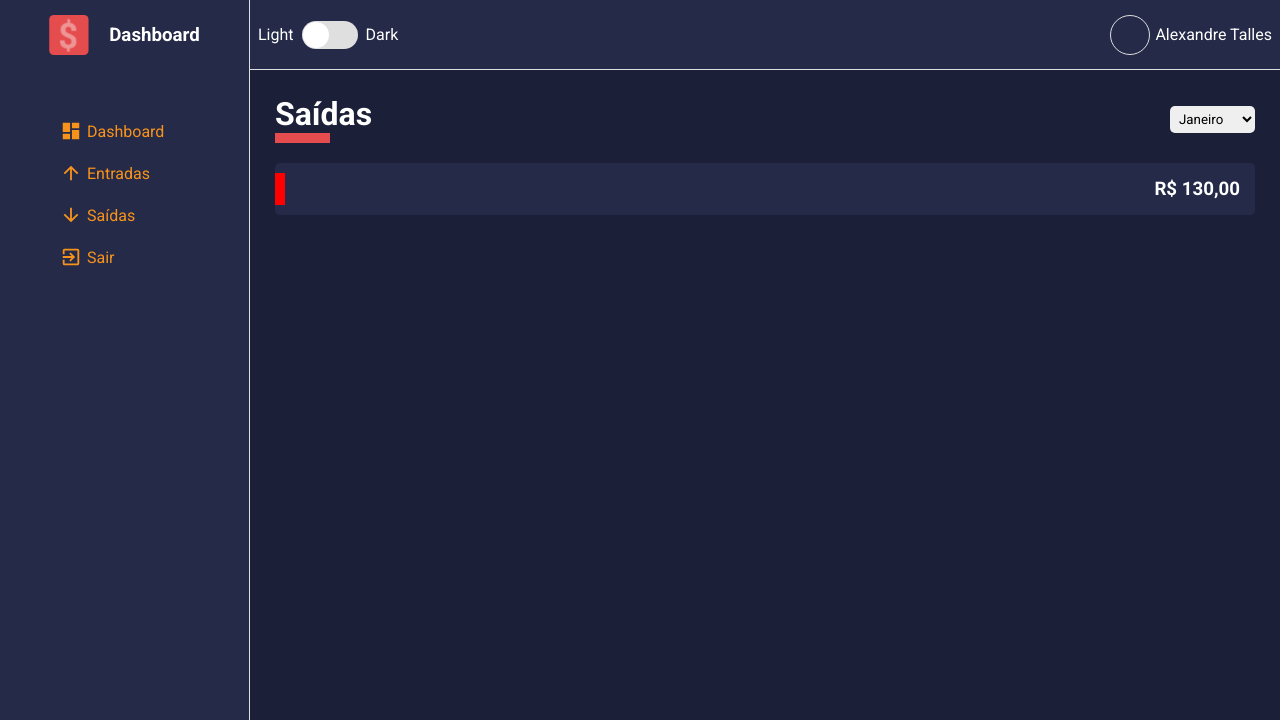
Repository: XFERRER7/dashboard
Page: /
These files come from the project's save history. The page is drawn as it stood at one moment and after the next save; the edit follows.
The browser window is 1280 px wide. The pictures show the whole page.
The project was rebuilt for these pictures with package versions that can differ from the ones it lists, and the page was loaded fresh each time. Also part of the build but not shown: vite.config.ts.

Above is the page before, as saved 2022-07-11 17:01:33.

After the next save:
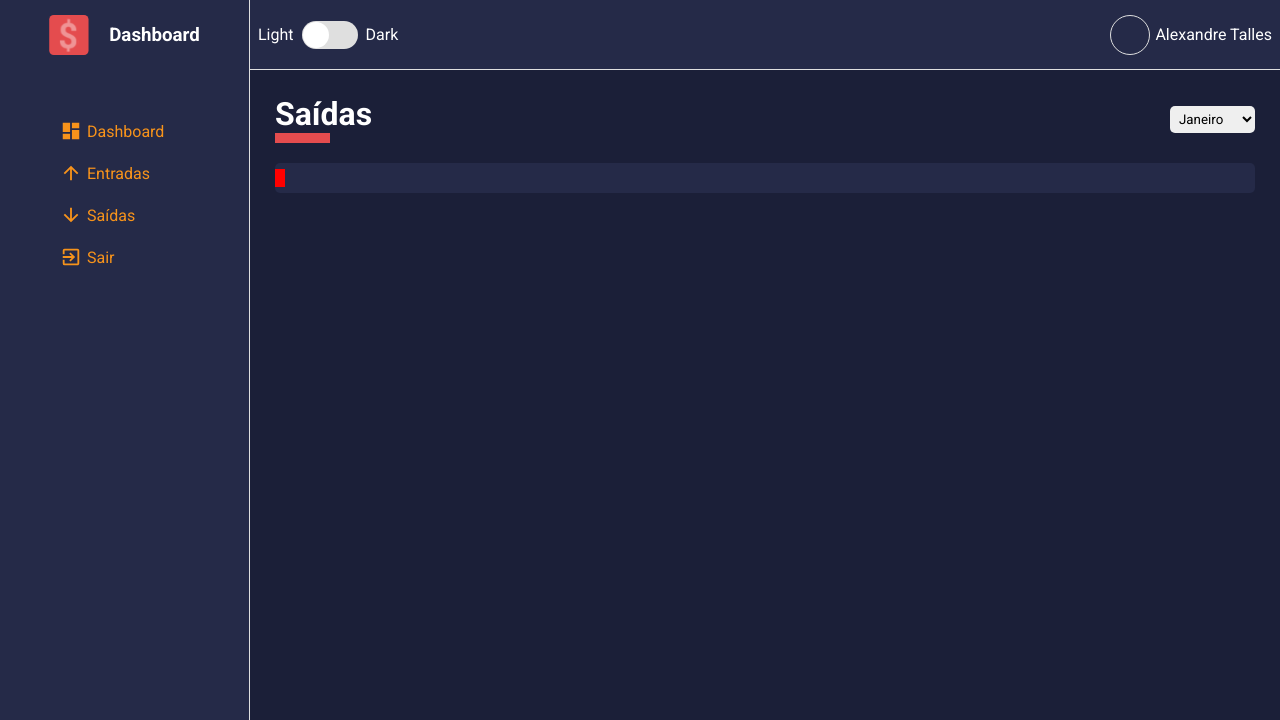
Saved 6 s later.
--- a/src/components/CardFinance/index.tsx
+++ b/src/components/CardFinance/index.tsx
@@ -26,7 +26,7 @@ export const CardFinance = ({title,dateInfo, amount,colorHighLighter,colorContai
         <span>{title}</span>
         <small>{dateInfo}</small>
       </InfoCard>
-      <h3>R$ 130,00</h3>
+      <h3>{amount}</h3>
     </Container>
   )
 }
